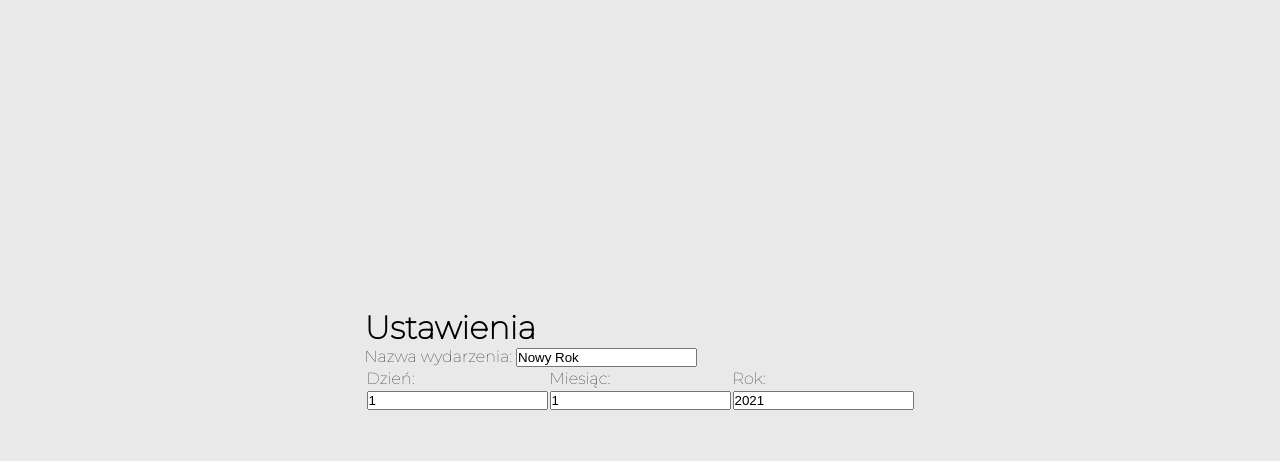
Repository: KrzysKolo/Projekt-8_Czasomierz
Page: index.html
The author's editor kept a copy of each file at every save. The page is drawn from the files as they stood at one save, then again after the next save.
The browser window is 1280 px wide. The pictures show the whole page.
Some web libraries are served in a nearby version.

Above is the page before, as saved 2020-07-19 05:25:14.

After the next save:
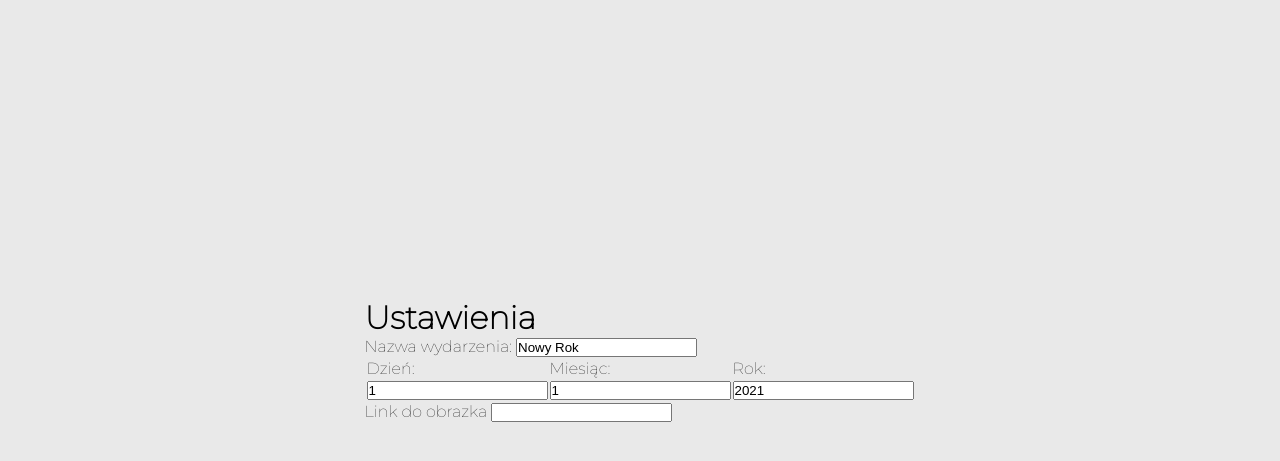
Saved 4 min 19 s later.
--- a/index.html
+++ b/index.html
@@ -38,6 +38,8 @@
             </td>
           </tr>
         </table>
+        <label for="eveny-image">Link do obrazka</label>
+        <input type="text" id="eveny-image" />
       </div>
     </main>
     <script src="./js/index.js"></script>
